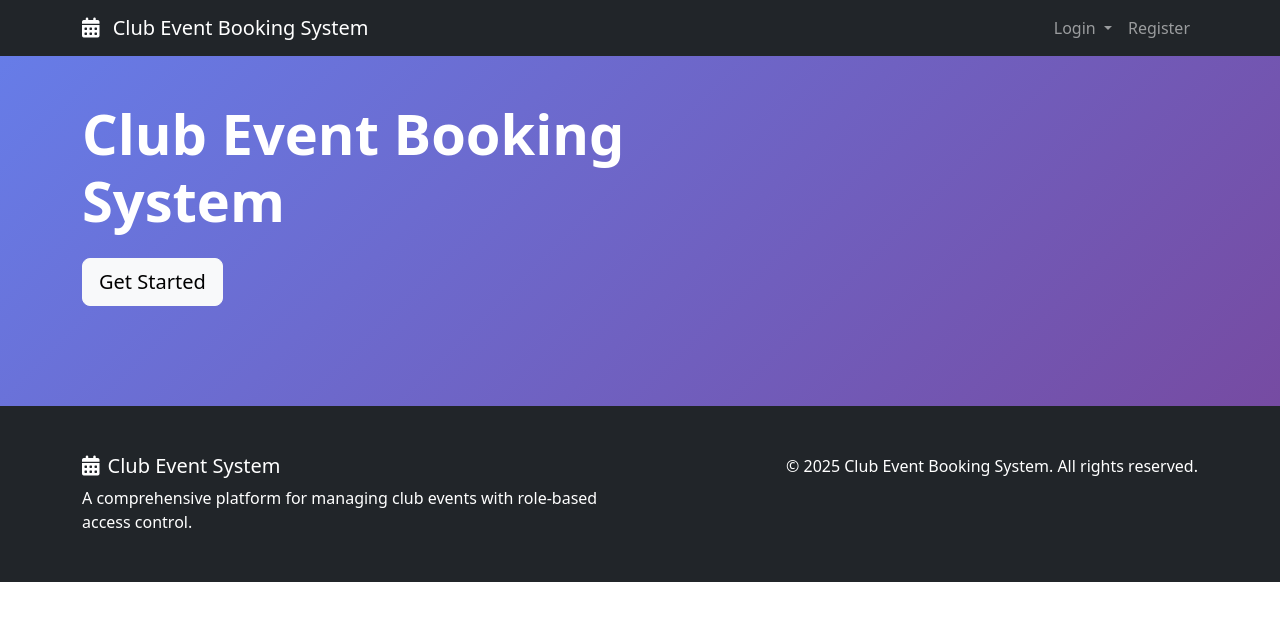
Repository: vipinsamy-sys/clubevent
Page: public/index.html
These files come from the project's save history. The page is drawn as it stood at one moment and after the next save; the edit follows.
The browser window is 1280 px wide. The pictures show the whole page.

Above is the page before, as saved 2025-10-20 13:20:25.

After the next save:
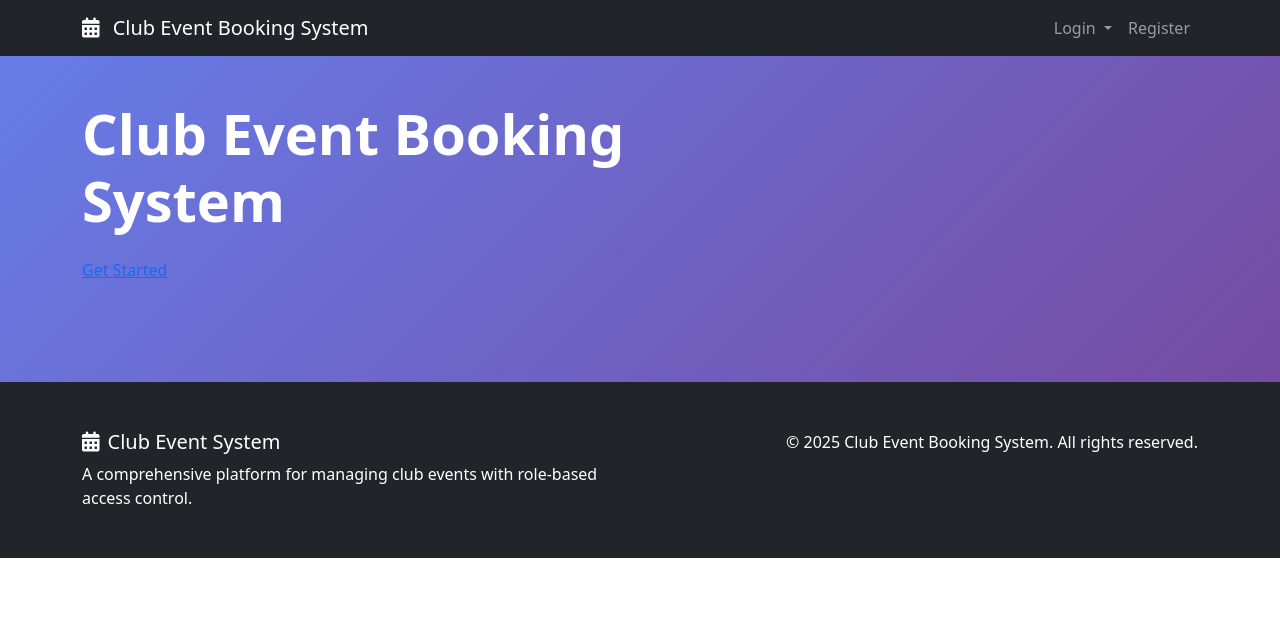
Saved 8 min 17 s later.
--- a/public/index.html
+++ b/public/index.html
@@ -86,7 +86,7 @@
                 <div class="col-lg-6">
                     <h1 class="display-4 fw-bold mb-4">Club Event Booking System</h1>
 
-                        <a href="login.html" class="btn btn-light btn-lg">Get Started</a>
+                        <a href=" class="btn btn-light btn-lg">Get Started</a>
 
                     </div>
                 </div>

After the save that followed:
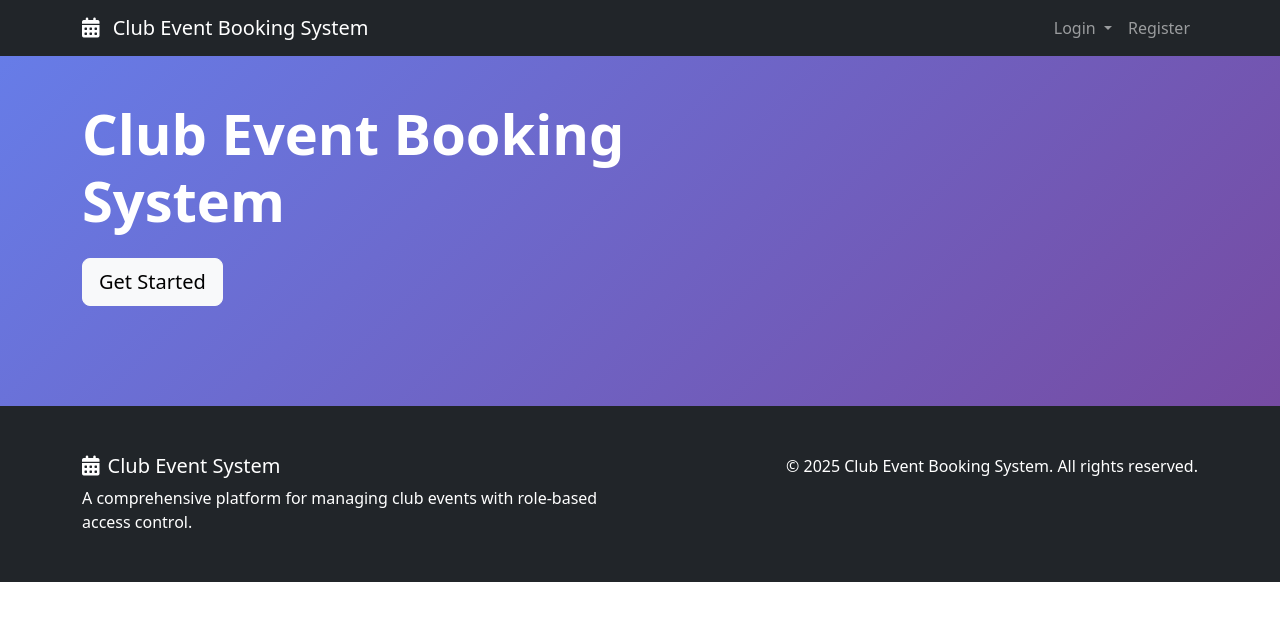
Saved 4 s later.
--- a/public/index.html
+++ b/public/index.html
@@ -86,7 +86,7 @@
                 <div class="col-lg-6">
                     <h1 class="display-4 fw-bold mb-4">Club Event Booking System</h1>
 
-                        <a href=" class="btn btn-light btn-lg">Get Started</a>
+                        <a href="login.html" class="btn btn-light btn-lg">Get Started</a>
 
                     </div>
                 </div>
